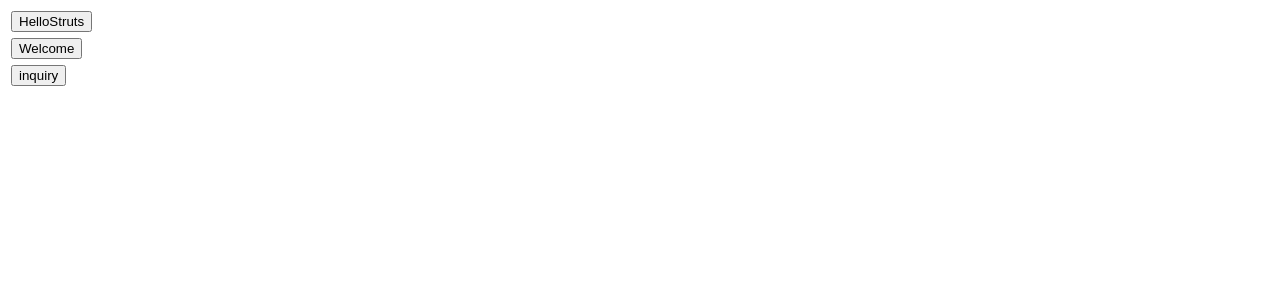
Repository: 8luemitsuho/test
Page: http://localhost/WebProj5/
These files come from the project's save history. The page is drawn as it stood at one moment and after the next save; the edit follows.
The browser window is 1280 px wide. The pictures show the whole page.
The page is served by Tomcat 9.

Above is the page before, as saved 2019-08-08 05:34:03.

After the next save:
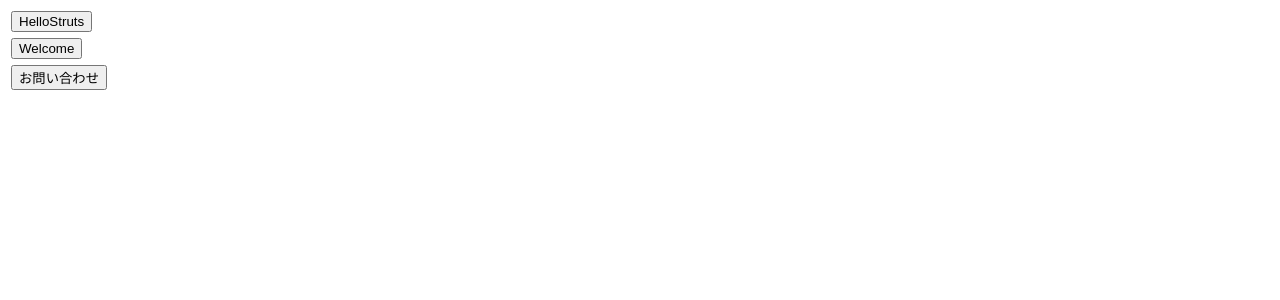
Saved 18 s later.
--- a/WebProj5/WebContent/index.jsp
+++ b/WebProj5/WebContent/index.jsp
@@ -16,7 +16,7 @@
 	</s:form>
 
 	<s:form action="InquiryAction">
-		<s:submit value="inquiry"/>
+		<s:submit value="お問い合わせ"/>
 	</s:form>
 </body>
 </html>
